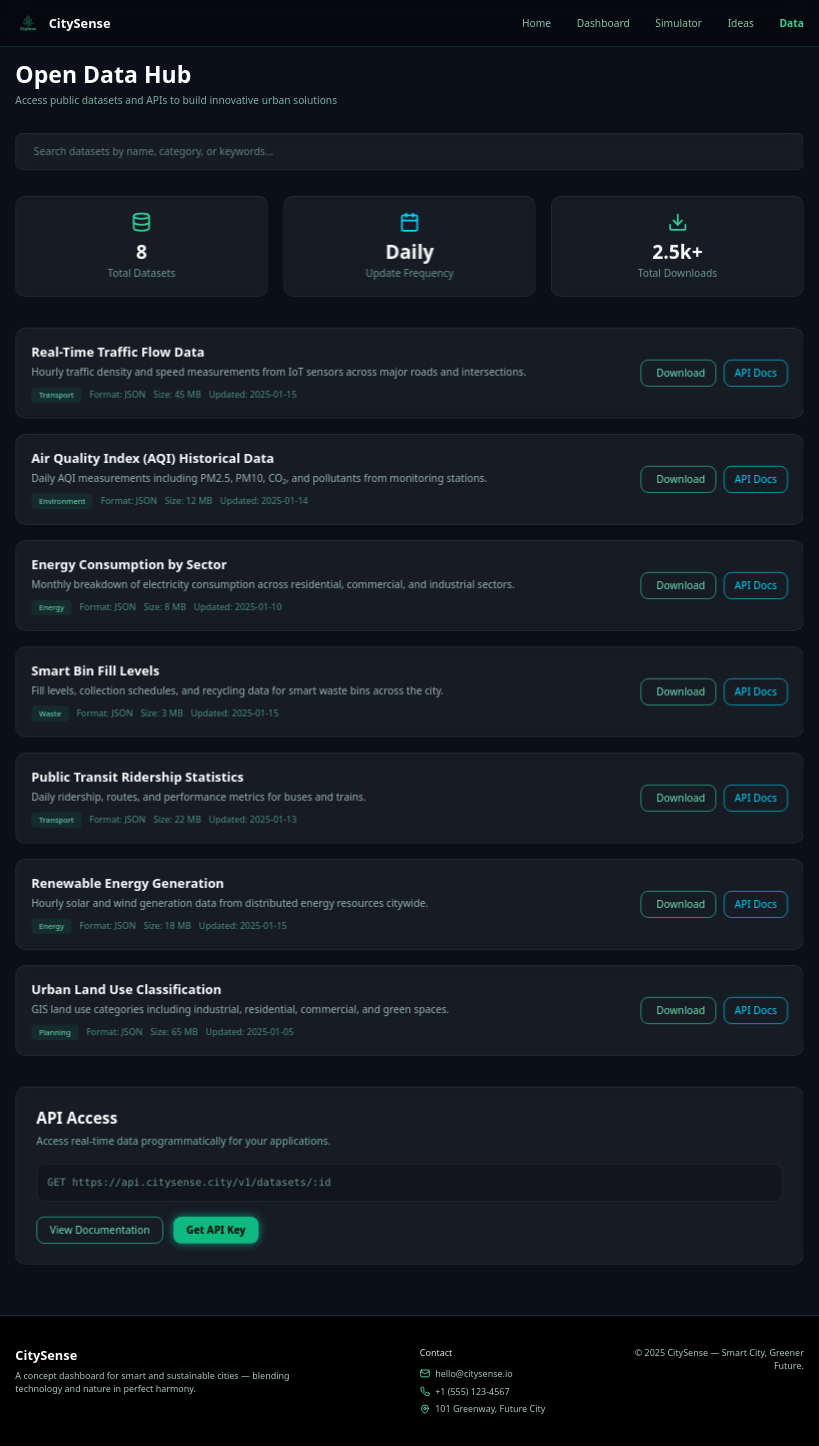
Repository: crashyet/CitySense
Page: /data
The author's editor kept a copy of each file at every save. The page is drawn from the files as they stood at one save, then again after the next save.
The browser window is 1280 px wide. The pictures show the whole page, at 64% of full size.
The project was rebuilt for these pictures with package versions that can differ from the ones it lists, and the page was loaded fresh each time. Also part of the build but not shown: vite.config.js, src/pages/landing/Hero.jsx, src/pages/landing/DashboardPreview.jsx, src/pages/landing/Infographic.jsx, src/pages/landing/Community.jsx, src/pages/landing/index.jsx, src/components/EnergyPieChart.jsx, src/components/TrafficCongestionChart.jsx and 4 more.

Above is the page before, as saved 2025-11-18 15:49:53.

After the next save:
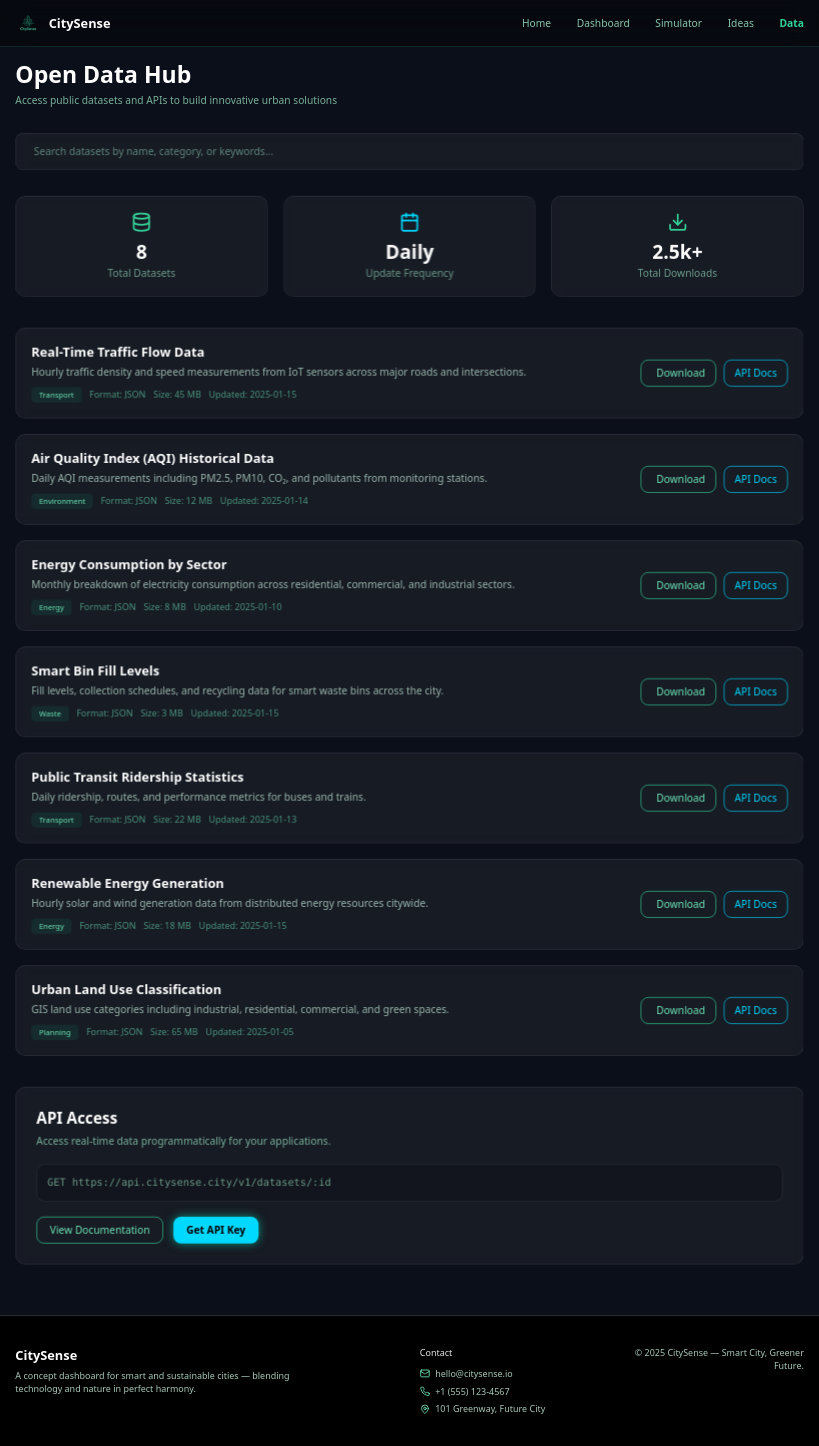
Saved 7 s later.
--- a/src/pages/Data/index.jsx
+++ b/src/pages/Data/index.jsx
@@ -209,7 +209,7 @@
                 View Documentation
               </button>
 
-              <button className="px-5 py-2 rounded-xl bg-emerald-500 text-black font-semibold shadow-[0_0_15px_#00ffcc80] hover:bg-emerald-400 transition">
+              <button className="px-5 py-2 rounded-xl bg-[#00d9ff] text-black font-semibold shadow-[0_0_15px_#00ffcc80] hover:bg-emerald-400 transition">
                 Get API Key
               </button>
             </div>

After the 5 saves that followed:
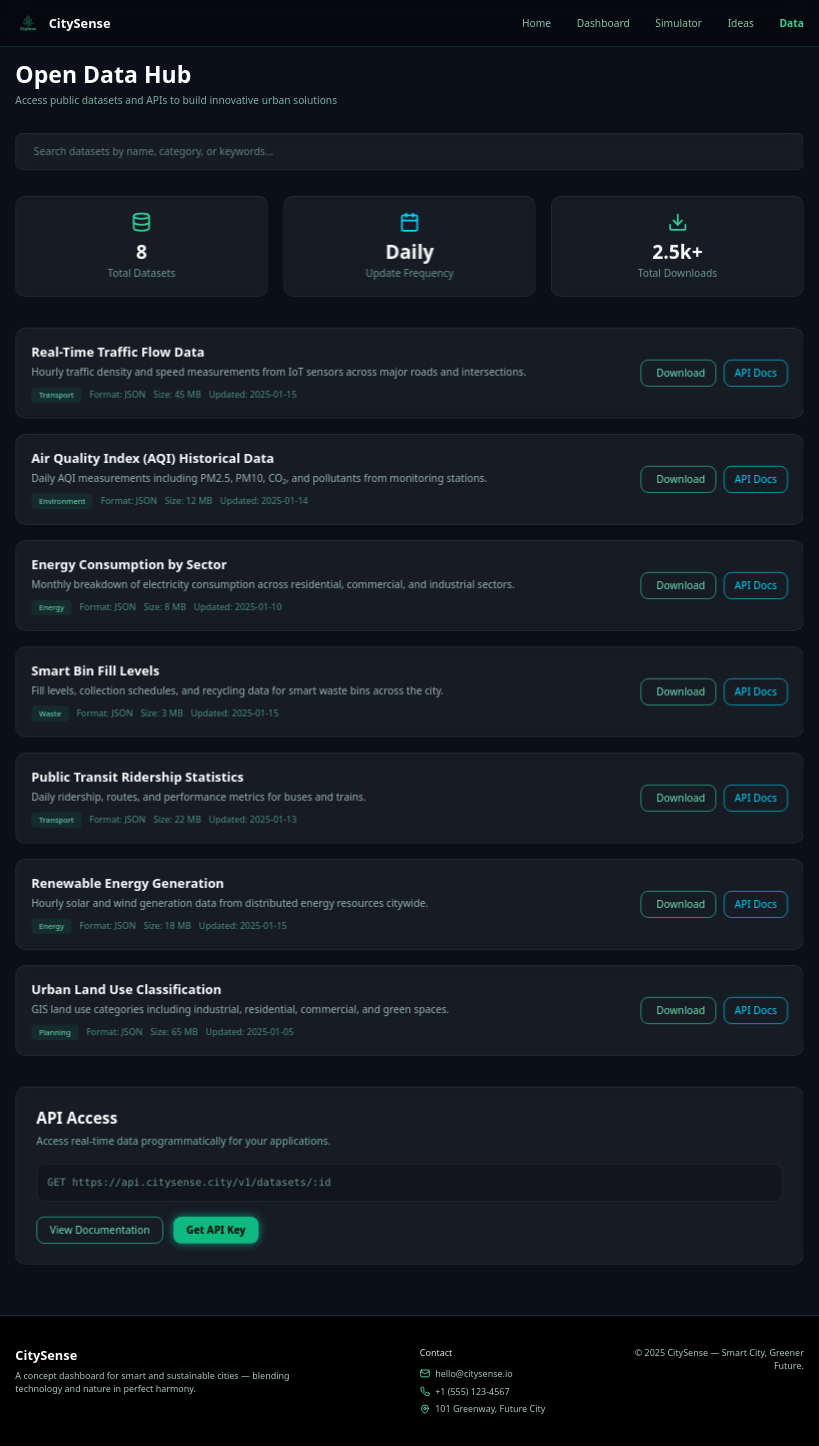
The 5 saves are shown as one change because 2 left the picture as it was and some came seconds apart.
The last was saved 31 s later.
--- a/src/pages/Data/index.jsx
+++ b/src/pages/Data/index.jsx
@@ -209,7 +209,7 @@
                 View Documentation
               </button>
 
-              <button className="px-5 py-2 rounded-xl bg-[#00d9ff] text-black font-semibold shadow-[0_0_15px_#00ffcc80] hover:bg-emerald-400 transition">
+              <button className="px-5 py-2 rounded-xl bg-emerald-500 text-black font-semibold shadow-[0_0_15px_#00ffcc80] hover:bg-emerald-400 transition">
                 Get API Key
               </button>
             </div>
